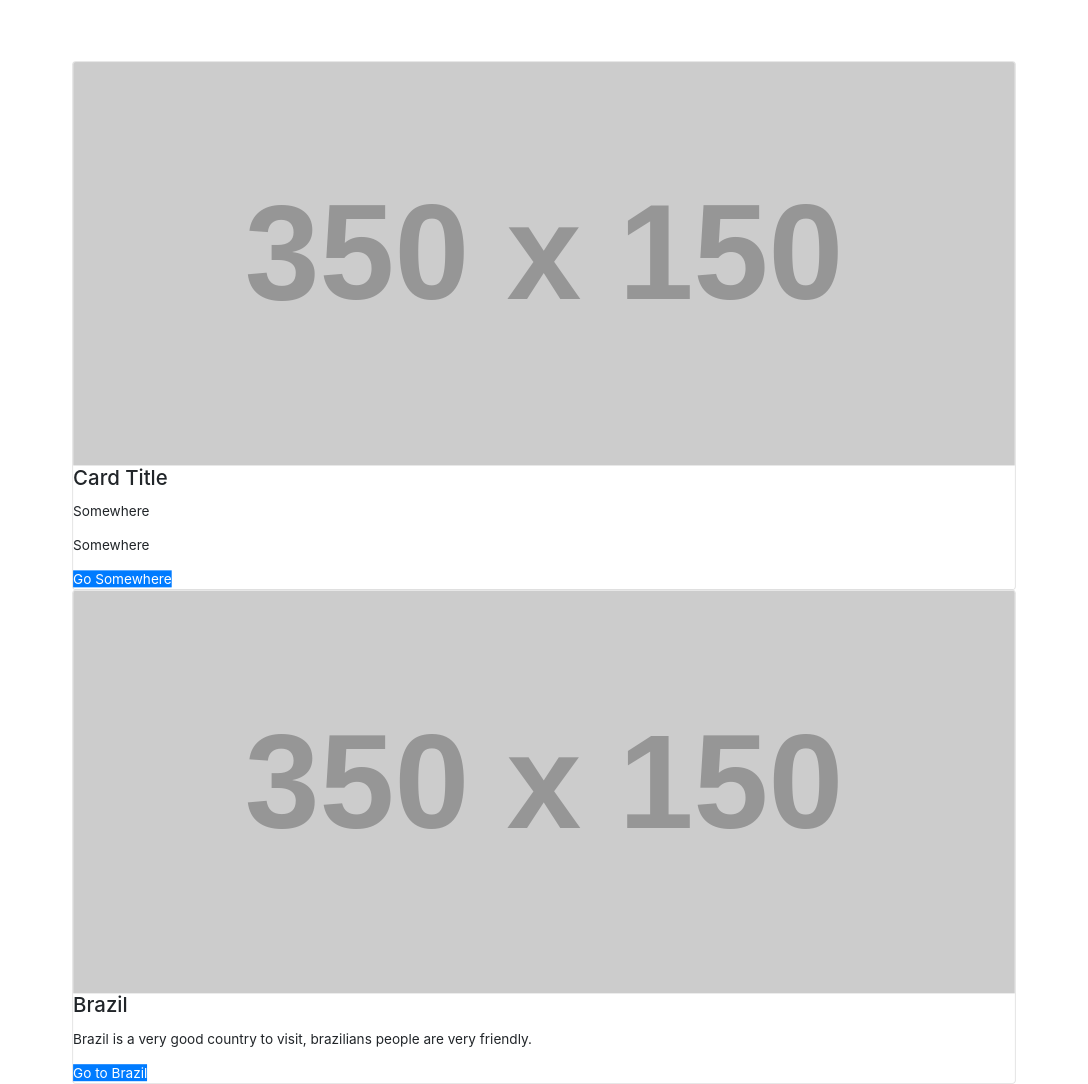
Repository: wolwerr/VueJs-Ninja
Page: Aula-16.html
The author's editor kept a copy of each file at every save. The page is drawn from the files as they stood at one save, then again after the next save.
The browser window is 1280 px wide. The pictures show the whole page, at 85% of full size.

Above is the page before, as saved 2021-10-27 12:26:58.

### Aula-16.html
<!DOCTYPE html>
<html lang="en">
<head>
    <meta charset="UTF-8">
    <meta http-equiv="X-UA-Compatible" content="IE=edge">
    <meta name="viewport" content="width=device-width, initial-scale=1.0">
    <meta http-equiv="X-UA-Compatible" content="IE=edge">
    <title>Aulas de Vuejs</title>
    <link rel="stylesheet" href="https://stackpath.bootstrapcdn.com/bootstrap/4.3.1/css/bootstrap.min.css">
    </head>
    <body>

        <div id="app">
        <br><br><br>

            <div class="container">

                <card>
                    <h4 slot="title" class="card-title">Card Title</h4>
                    <template slot="text">

                    <p  class="card-text">Somewhere</p>
                    <p  class="card-text">Somewhere</p>

                    </template>
                    <a slot="action" href="#" class="btn-primary">Go Somewhere</a>
                </card>

                <card>
                    <h4 slot="title" class="card-title">Brazil</h4>
                    <p slot="text" class="card-text">Brazil is a very good country to visit, brazilians people are very friendly. </p>
                    <a slot="action" href="#" class="btn-primary">Go to Brazil</a>
                </card>

            </div>
        </div>

        <template id="card">
            <div class="card">
                <img class="card-img-top" src="http://via.placeholder.com/350x150" class="img-r"></img>
                    <div class="card-block">
                    <slot name="title"></slot>
                    <slot name="text"></slot>
                    <slot name="action"></slot>

                </div>
            </div>
        </template>
        <script src="https://unpkg.com/vue"></script>

        <script>
            Vue.component('card', {
                template: "#card",
                data() {
                    return {
                        title: '',
                    }
                },

            });

            var app = new Vue({
                el: "#app",
                data: {
                    titulo: "Vuejs do jeito ninja"

                }
            });
        </script>
    </body>
</html>

After the next save:
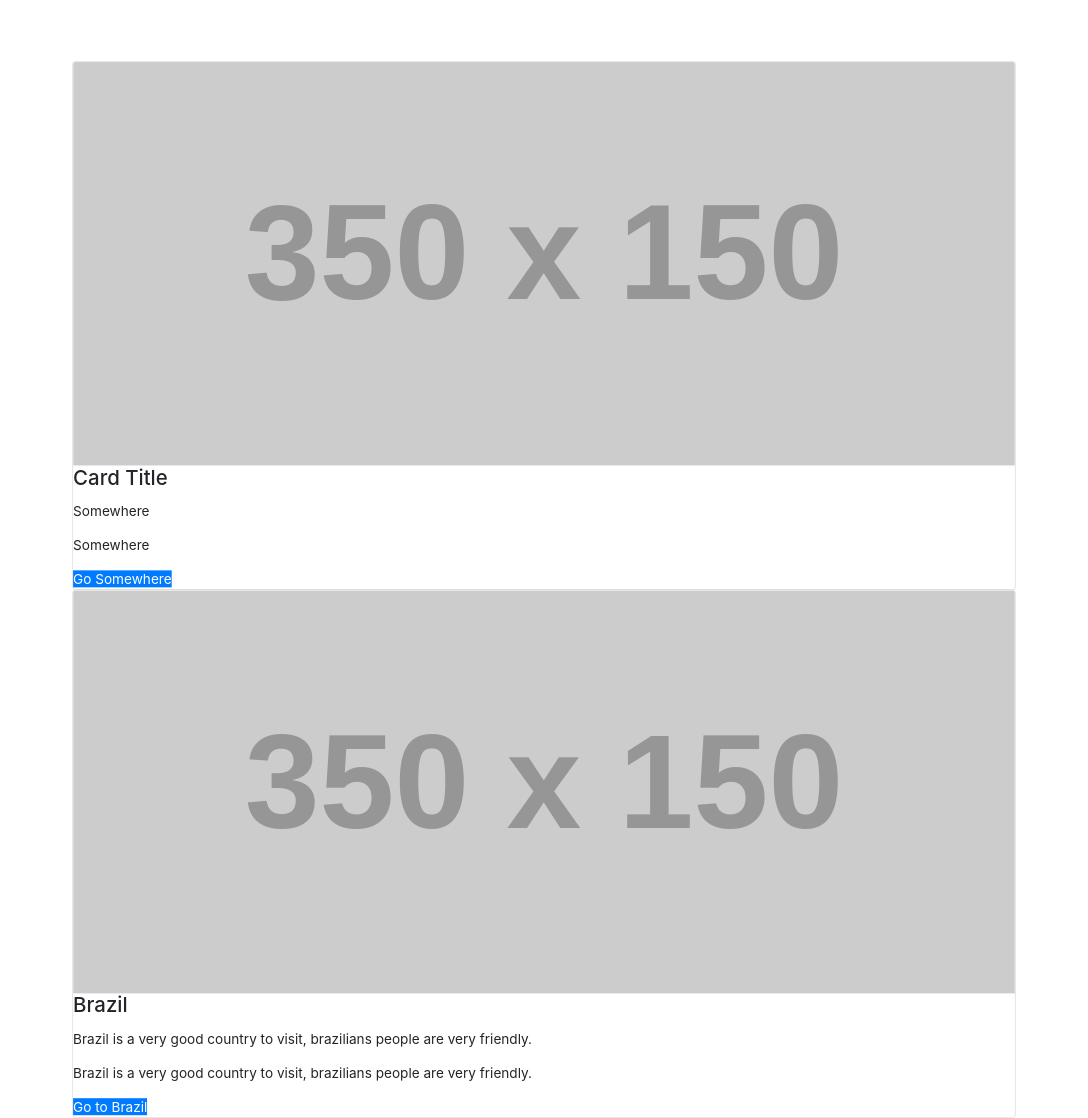
Saved 44 s later.
--- a/Aula-16.html
+++ b/Aula-16.html
@@ -28,7 +28,12 @@
 
                 <card>
                     <h4 slot="title" class="card-title">Brazil</h4>
+                    <template>
+
                     <p slot="text" class="card-text">Brazil is a very good country to visit, brazilians people are very friendly. </p>
+                    <p slot="text" class="card-text">Brazil is a very good country to visit, brazilians people are very friendly. </p>
+
+                    </template>
                     <a slot="action" href="#" class="btn-primary">Go to Brazil</a>
                 </card>
 
